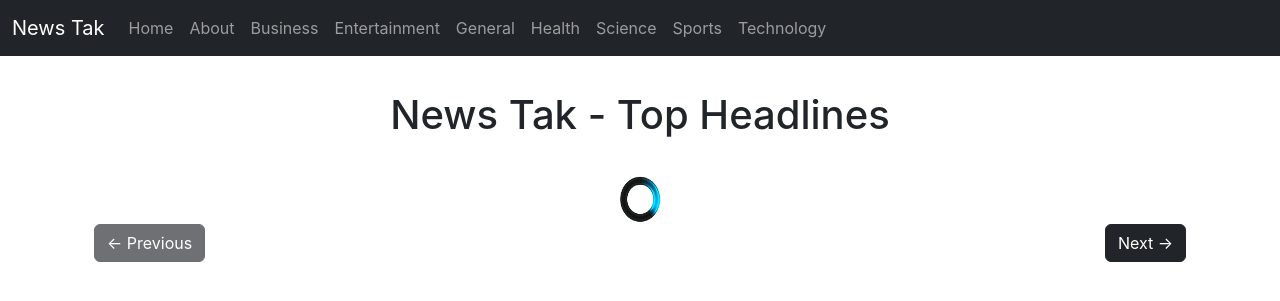
Repository: Rohit-foryou/News-website
Page: /science
The author's editor kept a copy of each file at every save. The page is drawn from the files as they stood at one save, then again after the next save.
The browser window is 1280 px wide. The pictures show the whole page.
The page's requests for data from a server got no answer. The project was rebuilt for these pictures with package versions that can differ from the ones it lists, and the page was loaded fresh each time. No one was signed in, and anything a server would have sent is missing. Also part of the build but not shown: src/Components/NewsItem.js.

Above is the page before, as saved 2024-01-10 21:20:14.

### public/index.html
<!DOCTYPE html>
<html lang="en">
  <head>
    <meta charset="utf-8" />
    <link rel="icon" href="%PUBLIC_URL%/favicon.ico" />
    <meta name="viewport" content="width=device-width, initial-scale=1" />
    <meta name="theme-color" content="#000000" />
    <meta
      name="description"
      content="News Tak is used to see latest news fast and easy"
    />
    <link rel="apple-touch-icon" href="%PUBLIC_URL%/logo192.png" />
    <!--
      manifest.json provides metadata used when your web app is installed on a
      user's mobile device or desktop. See https://developers.google.com/web/fundamentals/web-app-manifest/
    -->
    <link rel="manifest" href="%PUBLIC_URL%/manifest.json" />
    <!--
      Notice the use of %PUBLIC_URL% in the tags above.
      It will be replaced with the URL of the `public` folder during the build.
      Only files inside the `public` folder can be referenced from the HTML.

      Unlike "/favicon.ico" or "favicon.ico", "%PUBLIC_URL%/favicon.ico" will
      work correctly both with client-side routing and a non-root public URL.
      Learn how to configure a non-root public URL by running `npm run build`.
    -->
    <title>News Tak</title>
    <link href="https://cdn.jsdelivr.net/npm/bootstrap@5.3.2/dist/css/bootstrap.min.css" rel="stylesheet" integrity="sha384-T3c6CoIi6uLrA9TneNEoa7RxnatzjcDSCmG1MXxSR1GAsXEV/Dwwykc2MPK8M2HN" crossorigin="anonymous">
  </head>
  <body>
    <noscript>You need to enable JavaScript to run this app.</noscript>
    <div id="root"></div>
    <!--
      This HTML file is a template.
      If you open it directly in the browser, you will see an empty page.

      You can add webfonts, meta tags, or analytics to this file.
      The build step will place the bundled scripts into the <body> tag.

      To begin the development, run `npm start` or `yarn start`.
      To create a production bundle, use `npm run build` or `yarn build`.
    -->
    <script src="https://cdn.jsdelivr.net/npm/bootstrap@5.3.2/dist/js/bootstrap.bundle.min.js" integrity="sha384-C6RzsynM9kWDrMNeT87bh95OGNyZPhcTNXj1NW7RuBCsyN/o0jlpcV8Qyq46cDfL" crossorigin="anonymous"></script>
  </body>
</html>

### src/App.js
import React, { Component } from 'react'
import NavBar from './Components/NavBar'
import News from './Components/News'

export class App extends Component {
  render() {
    return (
      <div>
        <NavBar/>
        <News pageSize={5} category='health'/>
      </div>
    )
  }
}

export default App

### src/Components/NavBar.js
import React, { Component } from "react";

export default class NavBar extends Component {
  render() {
    return (
      <div>
        <nav className="navbar navbar-expand-lg navbar-dark bg-dark">
          <div className="container-fluid">
            <a className="navbar-brand" href="/">
              News Tak
            </a>
            <button
              className="navbar-toggler"
              type="button"
              data-bs-toggle="collapse"
              data-bs-target="#navbarSupportedContent"
              aria-controls="navbarSupportedContent"
              aria-expanded="false"
              aria-label="Toggle navigation"
            >
              <span className="navbar-toggler-icon"></span>
            </button>
            <div
              className="collapse navbar-collapse"
              id="navbarSupportedContent"
            >
              <ul className="navbar-nav me-auto mb-2 mb-lg-0">
                <li className="nav-item">
                  <a className="nav-link" aria-current="page" href="/">
                    Home
                  </a>
                </li>
                <li className="nav-item">
                  <a className="nav-link" href="/about">
                    About
                  </a>
                </li>
                <li className="nav-item">
                  <a className="nav-link" href="/about">
                    Business
                  </a>
                </li>
                <li className="nav-item">
                  <a className="nav-link" href="/about">
                    Entertainment
                  </a>
                </li>
                <li className="nav-item">
                  <a className="nav-link" href="/about">
                    General
                  </a>
                </li>
                <li className="nav-item">
                  <a className="nav-link" href="/about">
                    Health
                  </a>
                </li>
                <li className="nav-item">
                  <a className="nav-link" href="/about">
                    Science
                  </a>
                </li>
                <li className="nav-item">
                  <a className="nav-link" href="/about">
                    Sports
                  </a>
                </li>
                <li className="nav-item">
                  <a className="nav-link" href="/about">
                    Technology
                  </a>
                </li>
              </ul>
            </div>
          </div>
        </nav>
      </div>
    );
  }
}

### src/Components/News.js
import React, { Component } from "react";
import NewsItem from "./NewsItem";
import Spinner from "./Spinner";
import PropTypes from 'prop-types'


export class News extends Component {

  static defaultProps = {
    country: 'in',
    pageSize: 8,
    category: 'general',
  }

  static propTypes = {
    country: PropTypes.string,
    pageSize: PropTypes.number,
    category: PropTypes.string,
  }

  constructor() {
    super();
    // console.log("hello i am constructor");
    this.state = {
      articles: [],
      loading: false,
      page: 1,
    };
  }

  async componentDidMount() {
    let url =
      `https://newsapi.org/v2/top-headlines?country=${this.props.country}&category=${this.props.category}&apiKey=fa3dbec13bb44cd2a222250b4aea8871&page=1&pageSize=${this.props.pageSize}`;
      this.setState({loading: true});
    let data = await fetch(url);
    let parsedData = await data.json();
    console.log(parsedData);
    this.setState({
        articles: parsedData.articles, totalResults: parsedData.totalResults, loading: false });
  }

  handleNextClick = async () => {
    if(!(this.state.page + 1 >Math.ceil(this.state.totalResults/this.props.pageSize))){
        let url = `https://newsapi.org/v2/top-headlines?country=${this.props.country}&category=${this.props.category}&apiKey=fa3dbec13bb44cd2a222250b4aea8871&page=${this.state.page + 1}&pageSize=${this.props.pageSize}`;

        this.setState({loading: true});
        let data = await fetch(url);
        let parsedData = await data.json();
        console.log(parsedData);

        this.setState({
          page: this.state.page + 1,
          articles: parsedData.articles,
          loading: false
        });

    }
  };


  handlePrevClick = async () => {
    let url = `https://newsapi.org/v2/top-headlines?country=${this.props.country}&category=${this.props.category}&apiKey=fa3dbec13bb44cd2a222250b4aea8871&page=${this.state.page - 1}&pageSize=${this.props.pageSize}`;

      this.setState({loading: true});
      let data = await fetch(url);
      let parsedData = await data.json();
      console.log(parsedData);

      this.setState({
        page: this.state.page - 1,
        articles: parsedData.articles,
        loading: false,
      });
  };


  render() {
    return (
      <div className="container my-3">
        <h1 className="text-center" style={{margin: '35px 0px'}}>News Tak - Top Headlines</h1>
        {this.state.loading && <Spinner/>}

        <div className="row">
          {!this.state.loading && this.state.articles.map((element) => {
            return (
              <div className="col-md-4" key={element.url}>
                <NewsItem
                  title={element.title ? element.title.slice(0, 45) : ""}
                  description={
                    element.description ? element.description.slice(0, 83) : ""
                  }
                  imgUrl={element.urlToImage}
                  newsUrl={element.url}
                />
              </div>
            );
          })}
        </div>
        <div className="container d-flex justify-content-between">
          <button
            disabled={this.state.page <= 1}
            type="button"
            className="btn btn-dark"
            onClick={this.handlePrevClick}
          >
            &larr; Previous
          </button>
          <button
            disabled={this.state.page + 1 >Math.ceil(this.state.totalResults/this.props.pageSize)}
            type="button"
            className="btn btn-dark"
            onClick={this.handleNextClick}
          >
            Next &rarr;
          </button>
        </div>
      </div>
    );
  }
}

export default News;

### src/Components/Spinner.js
import React, { Component } from 'react';
import loading from './loading.gif';

export default class Spinner extends Component {
  render() {
    return (
      <div className='text-center'>
        <img src={loading} alt="loading" style={{ width: '50px', height: '50px' }} />
      </div>
    );
  }
}

Loaded but not shown: src/index.js (common file); src/index.css (common file); src/reportWebVitals.js (common file)

After the next save:
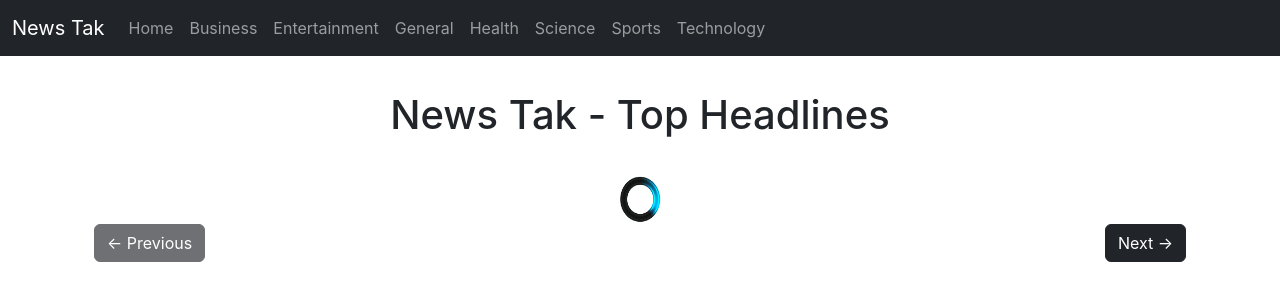
Saved 6 min 10 s later.
--- a/src/Components/NavBar.js
+++ b/src/Components/NavBar.js
@@ -31,42 +31,37 @@ export default class NavBar extends Component {
                   </a>
                 </li>
                 <li className="nav-item">
-                  <a className="nav-link" href="/about">
-                    About
-                  </a>
-                </li>
-                <li className="nav-item">
-                  <a className="nav-link" href="/about">
+                  <a className="nav-link" href="/business">
                     Business
                   </a>
                 </li>
                 <li className="nav-item">
-                  <a className="nav-link" href="/about">
+                  <a className="nav-link" href="/entertainment">
                     Entertainment
                   </a>
                 </li>
                 <li className="nav-item">
-                  <a className="nav-link" href="/about">
+                  <a className="nav-link" href="/general">
                     General
                   </a>
                 </li>
                 <li className="nav-item">
-                  <a className="nav-link" href="/about">
+                  <a className="nav-link" href="/health">
                     Health
                   </a>
                 </li>
                 <li className="nav-item">
-                  <a className="nav-link" href="/about">
+                  <a className="nav-link" href="/science">
                     Science
                   </a>
                 </li>
                 <li className="nav-item">
-                  <a className="nav-link" href="/about">
+                  <a className="nav-link" href="/sports">
                     Sports
                   </a>
                 </li>
                 <li className="nav-item">
-                  <a className="nav-link" href="/about">
+                  <a className="nav-link" href="/technology">
                     Technology
                   </a>
                 </li>
